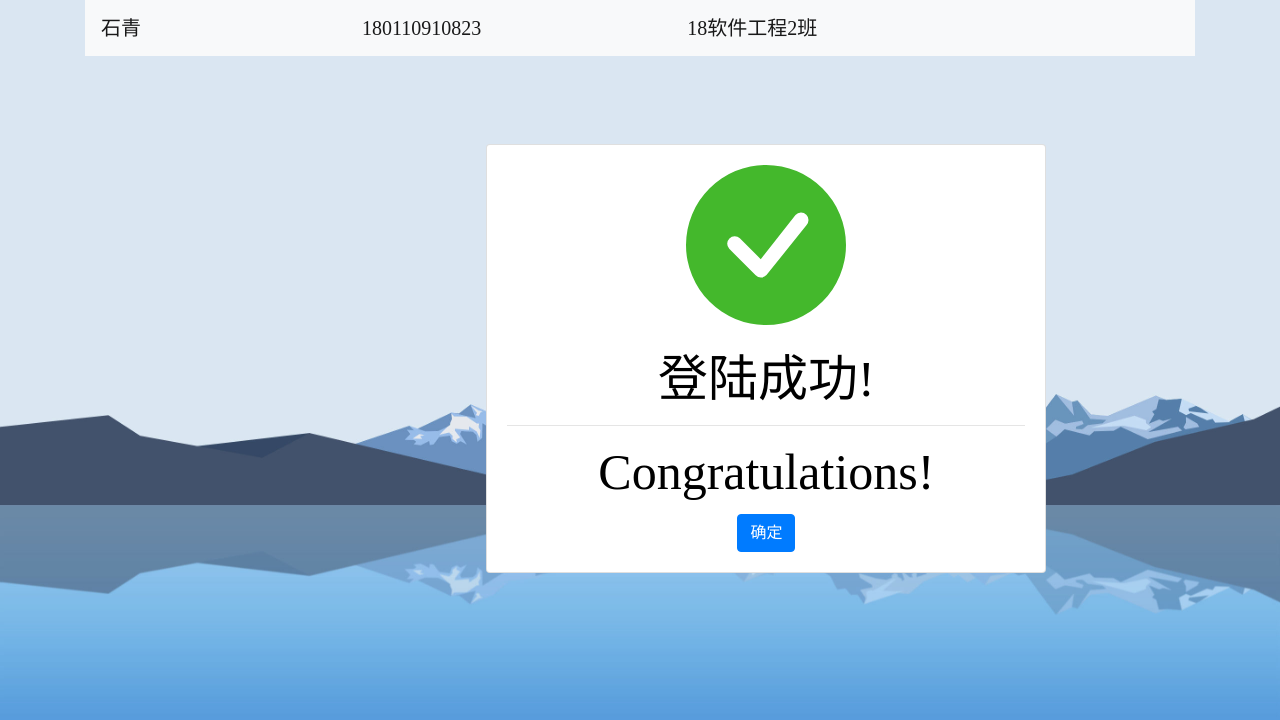
Repository: sqsssq/JavaWeb
Page: class1/IDEA/web/successful.html
These files come from the project's save history. The page is drawn as it stood at one moment and after the next save; the edit follows.
The browser window is 1280 px wide. The pictures show the whole page.

Above is the page before, as saved 2020-09-25 00:50:17.

### class1/IDEA/web/successful.html
<!--
 * @Author: your name
 * @Date: 2020-09-23 10:46:47
 * @LastEditTime: 2020-09-25 00:50:10
 * @LastEditors: Please set LastEditors
 * @Description: In User Settings Edit
 * @FilePath: \IDEA\web\successful.html
-->
<!DOCTYPE html>
<html lang="en">

<head>
    <meta charset="UTF-8">
    <meta name="viewport" content="width=device-width, initial-scale=1, shrink-to-fit=no">
    <link rel="stylesheet" href="https://cdn.jsdelivr.net/npm/bootstrap@4.5.0/dist/css/bootstrap.min.css"
        integrity="sha384-9aIt2nRpC12Uk9gS9baDl411NQApFmC26EwAOH8WgZl5MYYxFfc+NcPb1dKGj7Sk" crossorigin="anonymous">
    <script src="https://cdn.jsdelivr.net/npm/jquery@3.5.1/dist/jquery.slim.min.js"
        integrity="sha384-DfXdz2htPH0lsSSs5nCTpuj/zy4C+OGpamoFVy38MVBnE+IbbVYUew+OrCXaRkfj" crossorigin="anonymous">
    </script>
    <script src="https://cdn.jsdelivr.net/npm/popper.js@1.16.0/dist/umd/popper.min.js"
        integrity="sha384-Q6E9RHvbIyZFJoft+2mJbHaEWldlvI9IOYy5n3zV9zzTtmI3UksdQRVvoxMfooAo" crossorigin="anonymous">
    </script>
    <script src="https://cdn.jsdelivr.net/npm/bootstrap@4.5.0/dist/js/bootstrap.min.js"
        integrity="sha384-OgVRvuATP1z7JjHLkuOU7Xw704+h835Lr+6QL9UvYjZE3Ipu6Tp75j7Bh/kR0JKI" crossorigin="anonymous">
    </script>

    <title>Title</title>
    <style>
        html {
            height: 100%;
        }

        body {
            height: 100%;
            background-image: url("./img/bcg2.jpg");
            background-repeat: no-repeat;
            background-size: 100% 100%;
            background-position: center center;
        }
    </style>
</head>

<body>
    <div class="container" style="font-family: 华文行楷;">
        <nav class="navbar navbar-expand-lg navbar-light bg-light">
            <a class="navbar-brand" href="#">石青
                &nbsp;&nbsp;&nbsp;&nbsp;&nbsp;&nbsp;&nbsp;&nbsp;&nbsp;&nbsp;&nbsp;&nbsp;&nbsp;&nbsp;&nbsp;&nbsp;&nbsp;&nbsp;&nbsp;&nbsp;&nbsp;&nbsp;&nbsp;&nbsp;&nbsp;&nbsp;&nbsp;&nbsp;&nbsp;&nbsp;&nbsp;&nbsp;&nbsp;&nbsp;&nbsp;&nbsp;&nbsp;&nbsp;&nbsp;&nbsp;</a>
            <a class="navbar-brand"
                href="#">180110910823&nbsp;&nbsp;&nbsp;&nbsp;&nbsp;&nbsp;&nbsp;&nbsp;&nbsp;&nbsp;&nbsp;&nbsp;&nbsp;&nbsp;&nbsp;&nbsp;&nbsp;&nbsp;&nbsp;&nbsp;&nbsp;&nbsp;&nbsp;&nbsp;&nbsp;&nbsp;&nbsp;&nbsp;&nbsp;&nbsp;&nbsp;&nbsp;&nbsp;&nbsp;&nbsp;&nbsp;&nbsp;&nbsp;</a>
            <a class="navbar-brand" href="#">18软件工程2班</a>

        </nav>
        <form method="post" action="loginAction.jsp">

            <!--    <form>-->
            <div class="card"
                style="width: 35rem; position:absolute; left: 38%; float: left; top: 20%; background-color: white;">
                <div class="card-body" style="text-align: center;">

                    <!-- <img src="..." class="card-img-top" alt="..."> -->
                    <svg width="10em" height="10em" viewBox="0 0 16 16" class="bi bi-check-circle-fill"
                        fill="#44B82C" xmlns="http://www.w3.org/2000/svg">
                        <path fill-rule="evenodd"
                            d="M16 8A8 8 0 1 1 0 8a8 8 0 0 1 16 0zm-3.97-3.03a.75.75 0 0 0-1.08.022L7.477 9.417 5.384 7.323a.75.75 0 0 0-1.06 1.06L6.97 11.03a.75.75 0 0 0 1.079-.02l3.992-4.99a.75.75 0 0 0-.01-1.05z" />
                    </svg>
                    <br> <br>
                    <h3 class="card-title" style="color: black; font-size: 50px;">登陆成功!</h3>
                    <hr>
                    <h3 class="card-title" style="color: black; font-size: 50px;">Congratulations!</h3>
                    <input class="btn btn-primary" value="确定" id="btn1" type="submit">
                    <!--            <input  class="btn btn-success" value="注册" id="btn2" type="submit">-->
                    <!--            <button class="btn btn-block" id="btn">登陆</button>-->
                </div>
            </div>
        </form>
    </div>
</body>

</html>

After the next save:
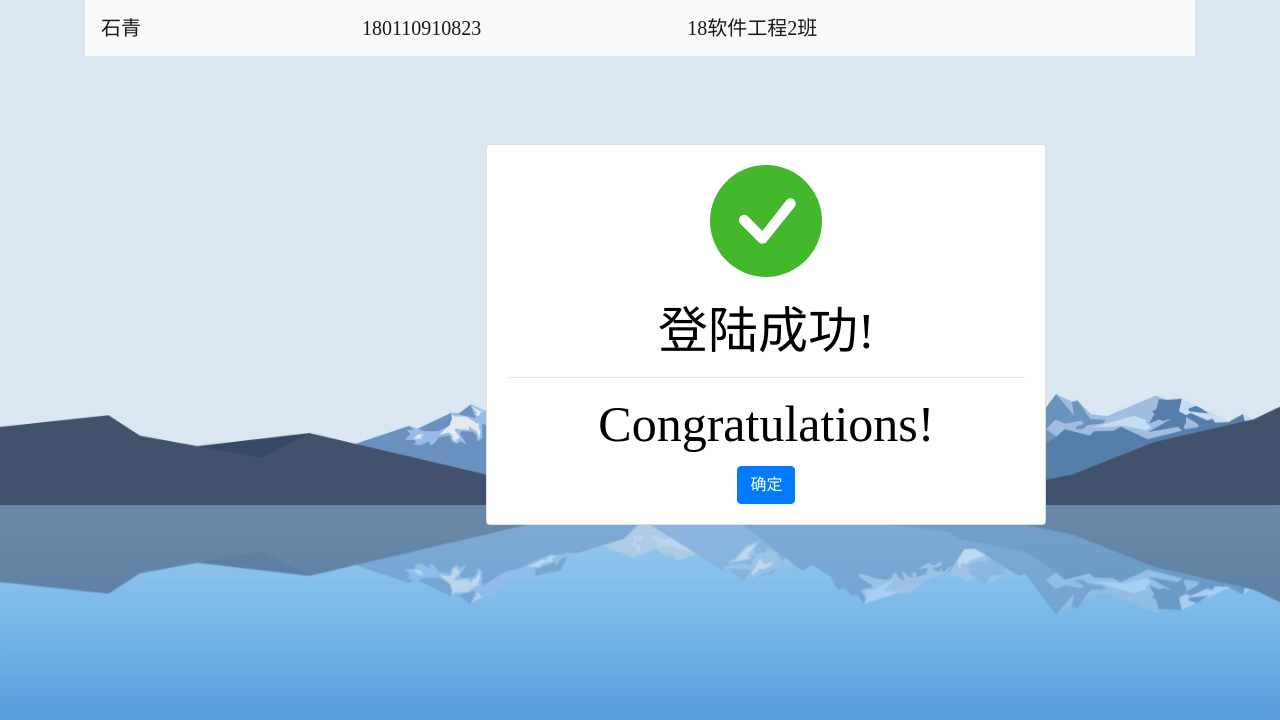
Saved 14 s later.
--- a/class1/IDEA/web/successful.html
+++ b/class1/IDEA/web/successful.html
@@ -1,7 +1,7 @@
 <!--
  * @Author: your name
  * @Date: 2020-09-23 10:46:47
- * @LastEditTime: 2020-09-25 00:50:10
+ * @LastEditTime: 2020-09-25 00:50:31
  * @LastEditors: Please set LastEditors
  * @Description: In User Settings Edit
  * @FilePath: \IDEA\web\successful.html
@@ -58,7 +58,7 @@
                 <div class="card-body" style="text-align: center;">
 
                     <!-- <img src="..." class="card-img-top" alt="..."> -->
-                    <svg width="10em" height="10em" viewBox="0 0 16 16" class="bi bi-check-circle-fill"
+                    <svg width="7em" height="7em" viewBox="0 0 16 16" class="bi bi-check-circle-fill"
                         fill="#44B82C" xmlns="http://www.w3.org/2000/svg">
                         <path fill-rule="evenodd"
                             d="M16 8A8 8 0 1 1 0 8a8 8 0 0 1 16 0zm-3.97-3.03a.75.75 0 0 0-1.08.022L7.477 9.417 5.384 7.323a.75.75 0 0 0-1.06 1.06L6.97 11.03a.75.75 0 0 0 1.079-.02l3.992-4.99a.75.75 0 0 0-.01-1.05z" />
